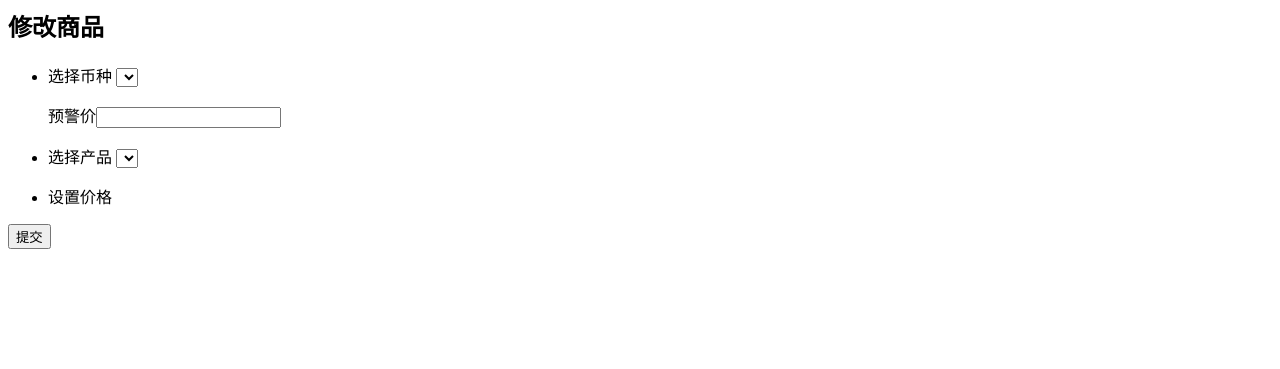
Repository: wangyan466393/racentSystem
Page: updateProduct.html
An editor plug-in stored every save of this project. The page is shown before and after the next save, followed by the edit.
The browser window is 1280 px wide. The pictures show the whole page.

Above is the page before, as saved 2020-08-13 11:36:10.

After the next save:
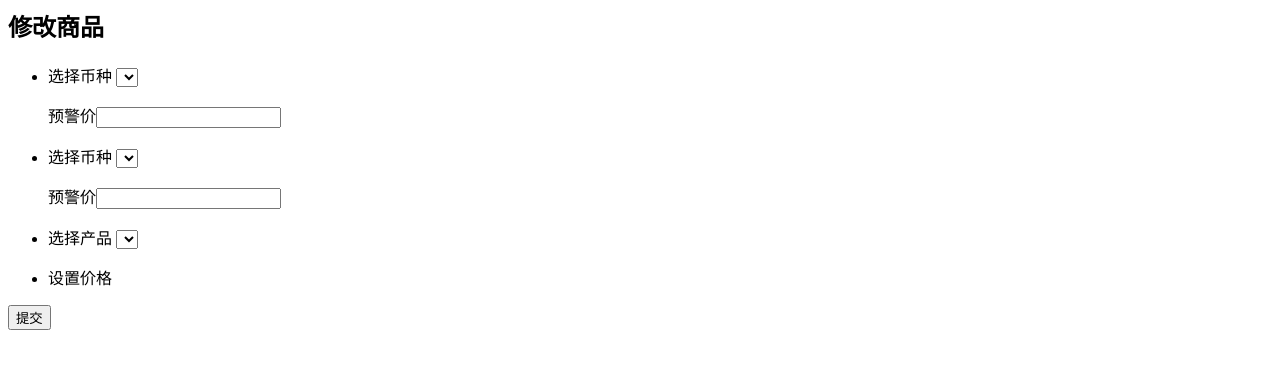
Saved 28 s later.
--- a/updateProduct.html
+++ b/updateProduct.html
@@ -3,6 +3,17 @@
 <div class="config_box">
     <div class="price_content">
         <ul>
+            <li>
+                <p>
+                    <span>选择币种</span>
+                    <select name="" id="" class="config_inp">
+                        <option value=""></option>
+                    </select>
+                </p>
+                <p>
+                    <span>预警价</span><input type="text" class="config_inp">
+                </p>
+            </li>
             <li>
                 <p>
                     <span>选择币种</span>
